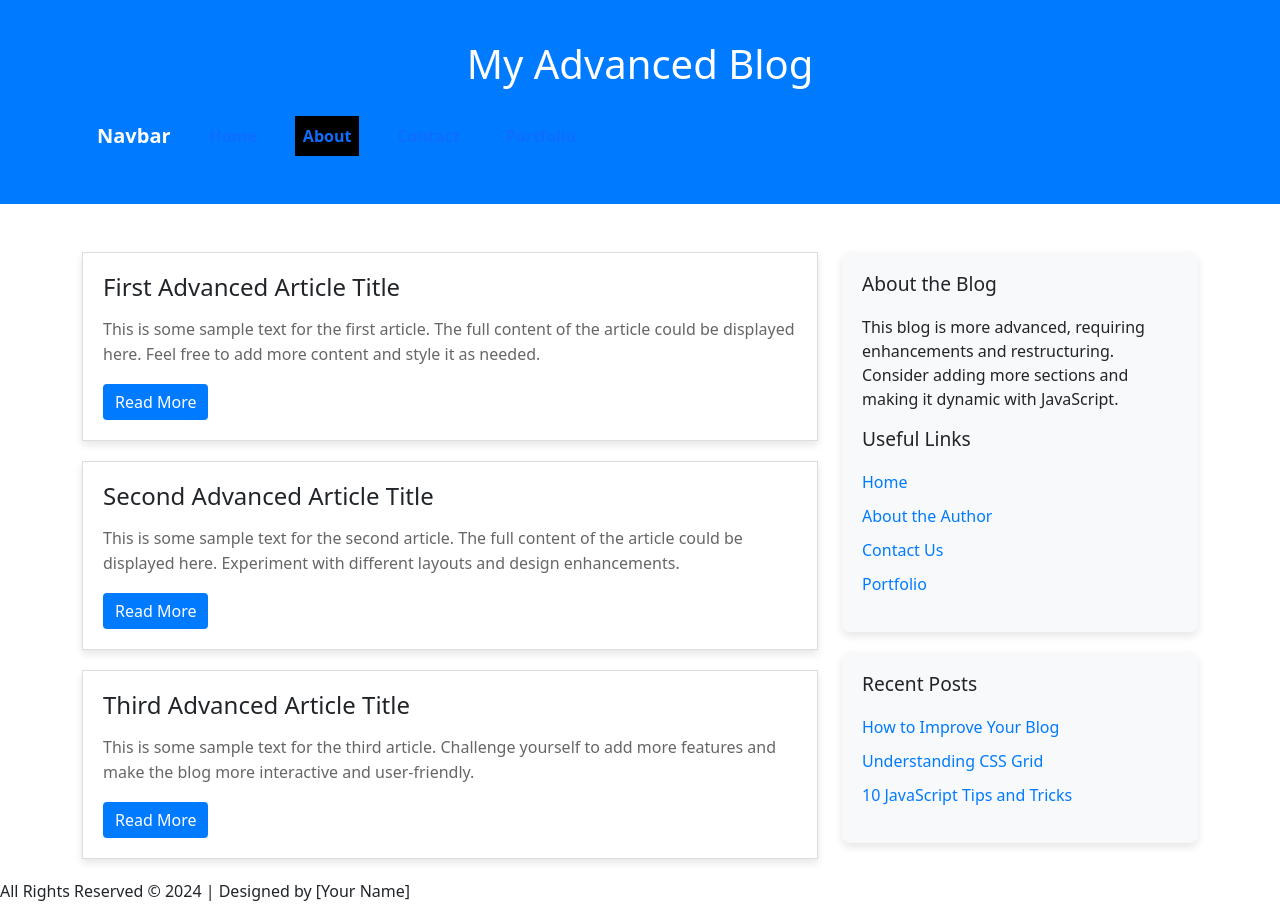
Repository: zeinawady/Blog-Code-Refactoring
Page: index.html
An editor plug-in stored every save of this project. The page is shown before and after a run of saves, followed by the edit.
The browser window is 1280 px wide. The pictures show the whole page.

Above is the page before, as saved 2024-09-23 14:27:45.

After the next 3 saves:
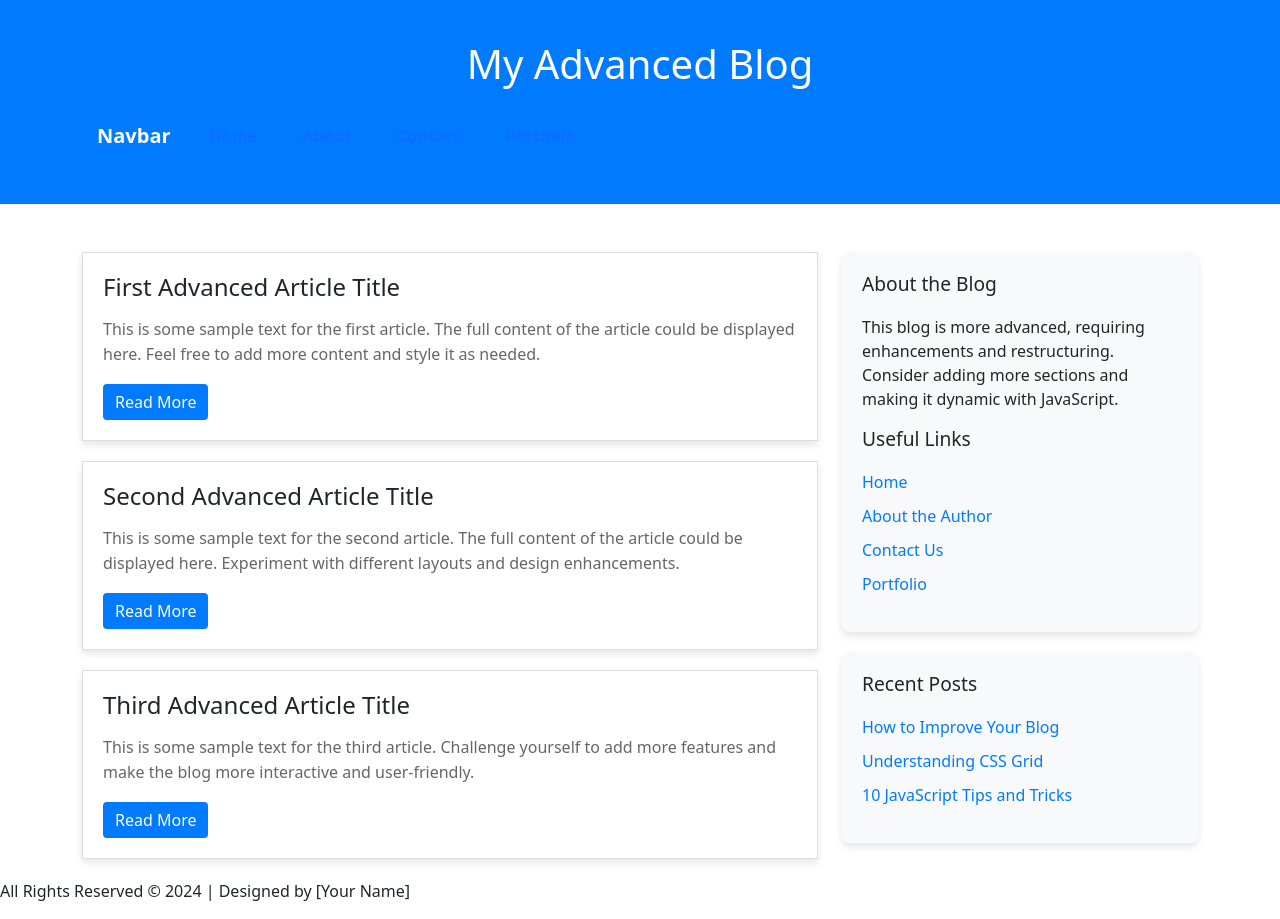
The 3 saves are shown as one change because they came seconds apart.
The last was saved 10 s later.
--- a/index.html
+++ b/index.html
@@ -23,12 +23,9 @@
           <div class="collapse navbar-collapse" id="navbarNavAltMarkup">
             <div class="navbar-nav">
               <a class="nav-link active" aria-current="page" href="#">Home</a>
-              <a class="nav-link bg-black" href="#">About</a>
+              <a class="nav-link" href="#">About</a>
               <a class="nav-link" href="#">Contact</a>
               <a class="nav-link" href="#">Portfolio</a>
-
-
-
             </div>
           </div>
         </div>
